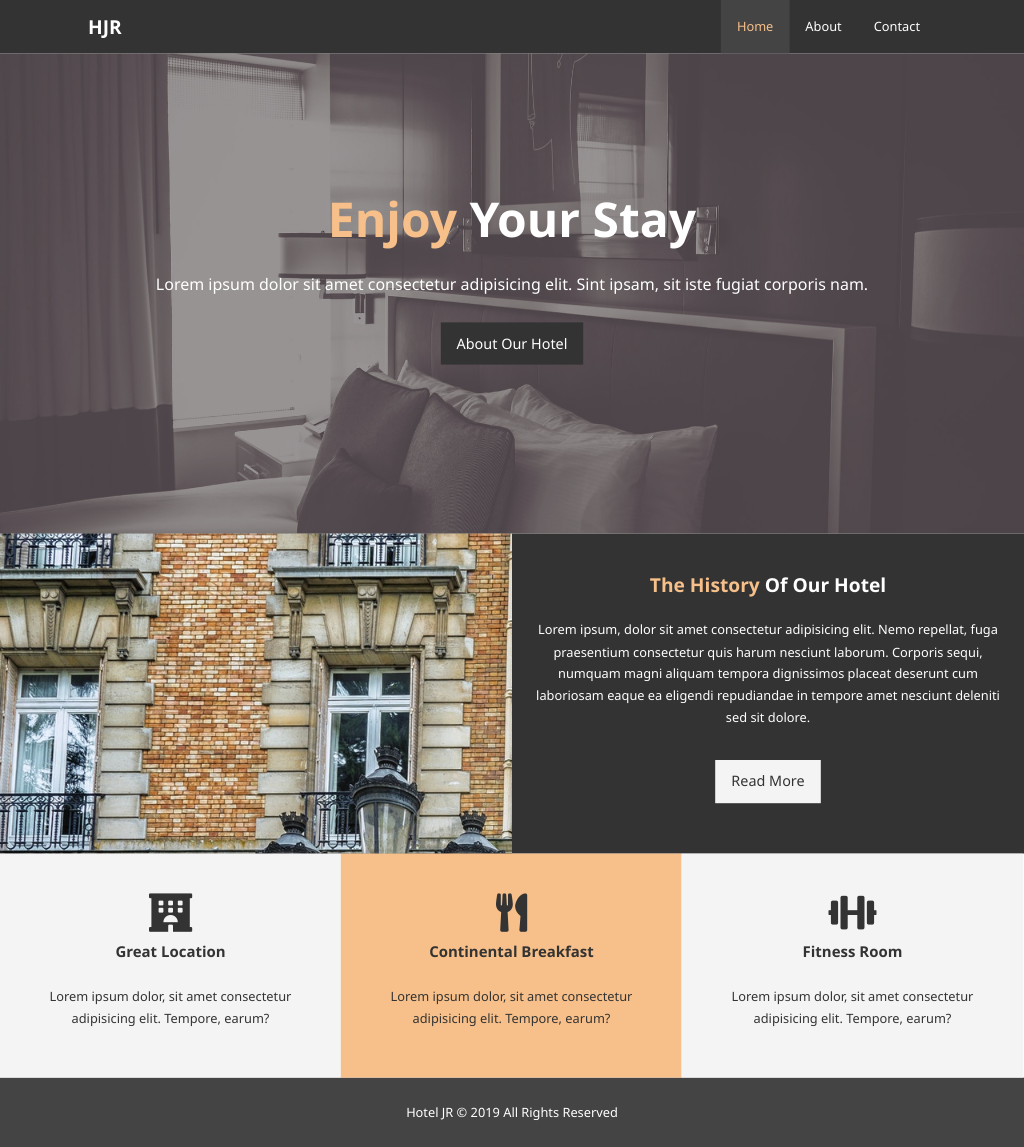
Repository: dimlutine/Hotel-Project
Page: about.html
These files come from the project's save history. The page is drawn as it stood at one moment and after the next save; the edit follows.
The browser window is 1280 px wide. The pictures show the whole page, at 80% of full size.
Some web libraries are served in a nearby version.

Above is the page before, as saved 2019-07-05 22:40:58.

### about.html
<!DOCTYPE html>
<html lang="en">

<head>
    <meta charset="UTF-8">
    <meta name="viewport" content="width=device-width, initial-scale=1.0">
    <meta http-equiv="X-UA-Compatible" content="ie=edge">
    <meta name="description" content="Welcome to the neatest hotel in Durham, North Carolina!">
    <meta name="keywords" content="hotel,durham hotel, north carolina hotel, rdu hotel">
    <link rel="stylesheet" href="https://use.fontawesome.com/releases/v5.6.1/css/all.css" integrity="sha384-gfdkjb5BdAXd+lj+gudLWI+BXq4IuLW5IT+brZEZsLFm++aCMlF1V92rMkPaX4PP" crossorigin="anonymous">
    <link rel="stylesheet" href="css/style.css">
    <title>Hotel JR | Durham Hotel</title>
</head>

<body>
    <header>
        <nav id="navbar">
            <div class="container">
                <h1 class="logo"><a href="index.html">HJR</a></h1>
                <ul>
                    <li><a class="current" href="index.html">Home</a></li>
                    <li><a href="about.html">About</a></li>
                    <li><a href="contact.html">Contact</a></li>
                </ul>
            </div>

        </nav>
        <div id="showcase">
            <div class="container">
                <div class="showcase-content">
                    <h1>
                        <span class="text-primary">Enjoy</span> Your Stay
                    </h1>
                    <p class="lead">Lorem ipsum dolor sit amet consectetur adipisicing elit. Sint ipsam, sit iste fugiat corporis nam.</p>
                    <a class="btn" href="about.html">About Our Hotel</a>
                </div>
            </div>
        </div>
    </header>

    <section id="home-info" class="bg-dark">
        <div class="info-img"></div>
        <div class="info-content">
            <h2><span class="text-primary">The History </span>Of Our Hotel</h2>
            <p>Lorem ipsum, dolor sit amet consectetur adipisicing elit. Nemo repellat, fuga praesentium consectetur quis harum nesciunt laborum. Corporis sequi, numquam magni aliquam tempora dignissimos placeat deserunt cum laboriosam eaque ea eligendi
                repudiandae in tempore amet nesciunt deleniti sed sit dolore.</p>
            <a href="about.html" class="btn btn-light">Read More</a>
        </div>
    </section>

    <section id="features">
        <div class="box bg-light">
            <i class="fas fa-hotel fa-3x"></i>
            <h3>Great Location</h3>
            <p>Lorem ipsum dolor, sit amet consectetur adipisicing elit. Tempore, earum?</p>
        </div>
        <div class="box bg-primary">
            <i class="fas fa-utensils fa-3x"></i>
            <h3>Continental Breakfast</h3>
            <p>Lorem ipsum dolor, sit amet consectetur adipisicing elit. Tempore, earum?</p>
        </div>
        <div class="box bg-light">
            <i class="fas fa-dumbbell fa-3x"></i>
            <h3>Fitness Room</h3>
            <p>Lorem ipsum dolor, sit amet consectetur adipisicing elit. Tempore, earum?</p>
        </div>
    </section>
    <div class="clr"></div>
    <footer id="main-footer">
        <p>Hotel JR &copy; 2019 All Rights Reserved</p>
    </footer>
</body>

</html>

### css/style.css
* {
    padding: 0;
    margin: 0;
    box-sizing: border-box;
}

html,
body {
    font-family: 'Segoe UI', 'Segoe UI', Tahoma, Geneva, Verdana, sans-serif;
    line-height: 1.7em;
}

a {
    color: #333;
    text-decoration: none;
}

h1,
h2,
h3 {
    padding-bottom: 20px;
}

p {
    margin: 10px 0;
}


/* Utilities */

.container {
    margin: auto;
    max-width: 1100px;
    overflow: auto;
    padding: 0 20px;
}

.text-primary {
    color: #f7c08a;
}

.lead {
    font-size: 20px;
}

.btn {
    display: inline-block;
    font-size: 18px;
    color: #fff;
    background: #333;
    padding: 13px 20px;
    border: none;
    cursor: pointer;
}

.btn:hover {
    background: #f7c08a;
    color: #333;
}

.btn-light {
    background: #f4f4f4;
    color: #333;
}

.bg-dark {
    background: #333;
    color: #fff;
}

.bg-light {
    background: #f4f4f4;
    color: #333;
}

.bg-primary {
    background: #f7c08a;
    color: #333;
}

.clr {
    clear: both;
}

#navbar {
    background: #333;
    color: #fff;
    overflow: auto;
}

#navbar a {
    color: #fff;
}

#navbar h1 {
    float: left;
    padding-top: 20px;
}

#navbar ul {
    float: right;
    list-style: none;
}

#navbar ul li {
    float: left;
}

#navbar ul li a {
    display: block;
    padding: 20px;
    text-align: center;
}

#navbar ul li a:hover,
#navbar ul li a.current {
    background: #444;
    color: #f7c08a;
}


/* Showcase */

#showcase {
    background: url('../img/showcase.jpg') no-repeat center center/cover;
    height: 600px;
}

#showcase .showcase-content {
    color: #fff;
    text-align: center;
    padding-top: 170px;
}

#showcase .showcase-content h1 {
    font-size: 60px;
    line-height: 1.2em;
}

#showcase .showcase-content p {
    padding-bottom: 20px;
    line-height: 1.7em;
}


/* Home Info */

#home-info {
    height: 400px;
}

#home-info .info-img {
    float: left;
    width: 50%;
    background: url('../img/photo-1.jpg') no-repeat;
    min-height: 100%;
}

#home-info .info-content {
    float: right;
    width: 50%;
    height: 100%;
    text-align: center;
    padding: 50px 30px;
    overflow: hidden;
}

#home-info .info-content p {
    padding-bottom: 30px;
}


/*Features*/

.box {
    float: left;
    width: 33.3%;
    padding: 50px;
    text-align: center;
}

.box i {
    margin-bottom: 10px;
}


/* Footer */

#main-footer {
    text-align: center;
    background: #444;
    color: #fff;
    padding: 20px;
}

After the next save:
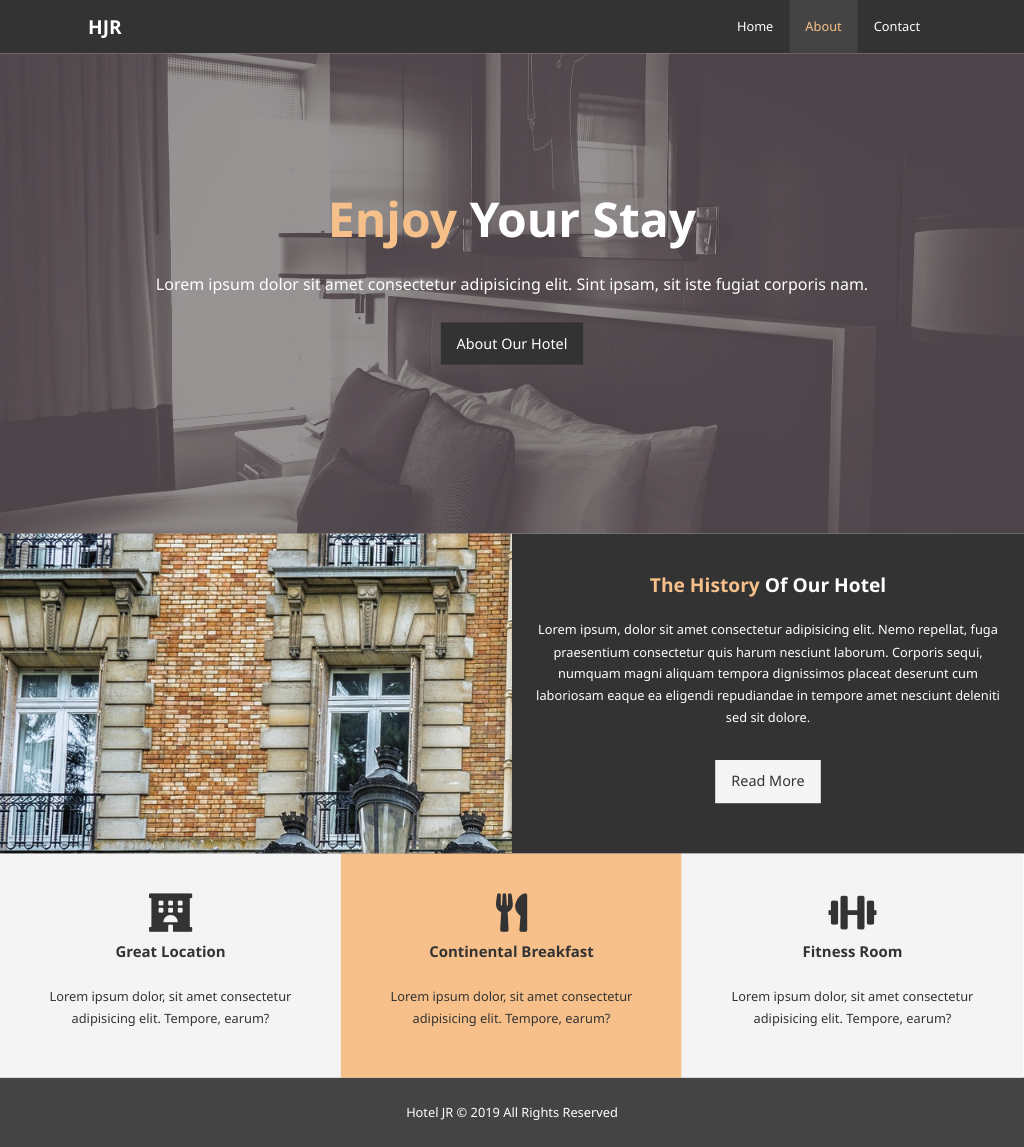
Saved 16 s later.
--- a/about.html
+++ b/about.html
@@ -18,8 +18,8 @@
             <div class="container">
                 <h1 class="logo"><a href="index.html">HJR</a></h1>
                 <ul>
-                    <li><a class="current" href="index.html">Home</a></li>
-                    <li><a href="about.html">About</a></li>
+                    <li><a href="index.html">Home</a></li>
+                    <li><a class="current" href="about.html">About</a></li>
                     <li><a href="contact.html">Contact</a></li>
                 </ul>
             </div>
